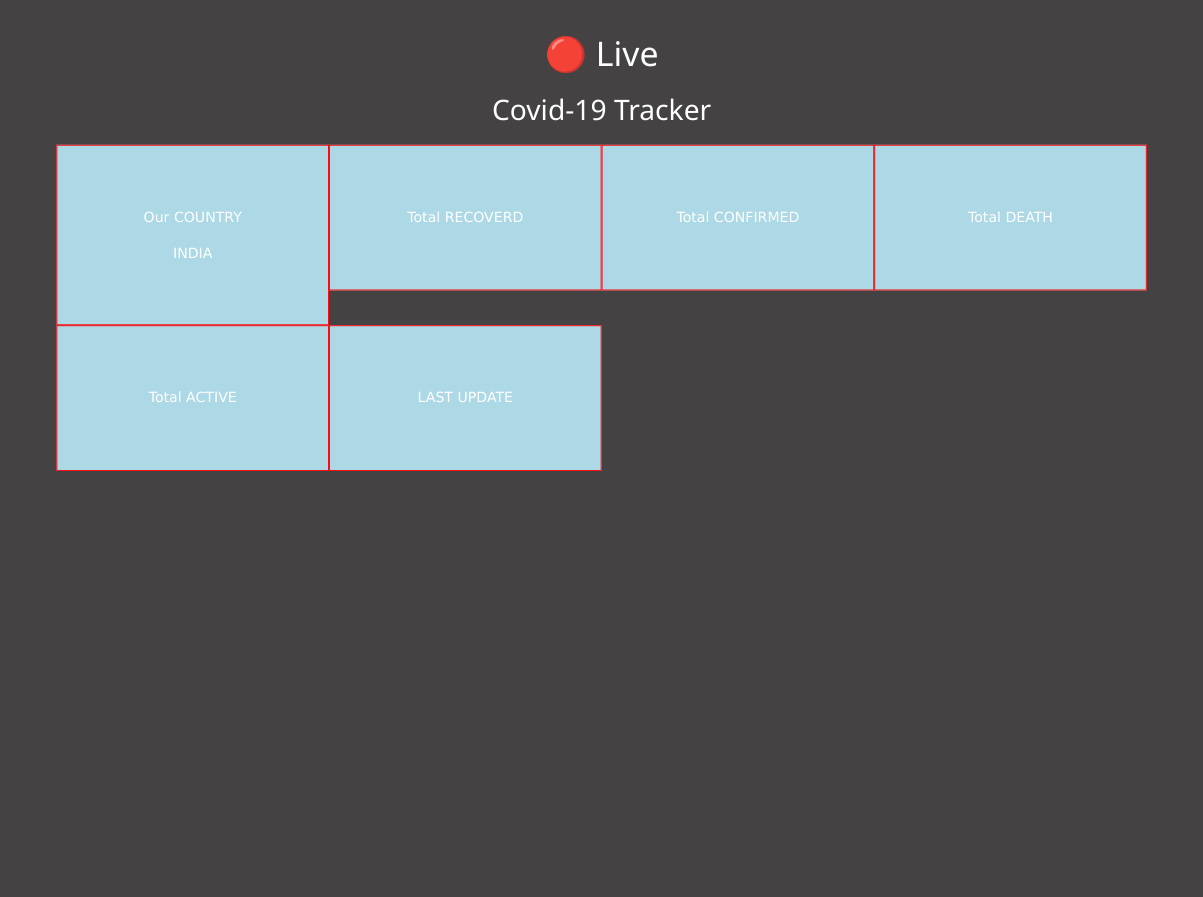
Repository: Aniketlamage/covid19-dashboard
Page: /
These files come from the project's save history. The page is drawn as it stood at one moment and after the next save; the edit follows.
The browser window is 1280 px wide. The pictures show the whole page, at 94% of full size.
The page's requests for data from a server got no answer. The project was rebuilt for these pictures with package versions that can differ from the ones it lists, and the page was loaded fresh each time. No one was signed in, and anything a server would have sent is missing.

Above is the page before, as saved 2021-09-30 15:50:30.

### src/App.js
import React from 'react'
import Covid from './components/covid';
const App = () => {
return(
<>
<Covid />
</>
)
}

export default App;

### src/components/covid.js
import React, { useEffect, useState } from 'react'
import "./covid.css"

const Covid = () => {
    const [data, setData] =  useState([]);
    const getCovidData = async () =>{
        try{
            const res = await fetch('https://data.covid19india.org/data.json')
            const actualData = await res.json();
            console.log(actualData.statewise[0]);
            setData(actualData.statewise[0]);
           }
        catch(err){console.log(err);}
    }

    useEffect(() => {
        getCovidData ();
    }, []);
return(

<>
<section>
<link rel="stylesheet" href="https://www.w3schools.com/w3css/4/w3.css"></link>
<div class="w3-animate-zoom">
    <h1>🔴 Live </h1>
    <h2>Covid-19 Tracker</h2>
</div>


<ul>
    <li className = "card">
        <div className ="card__main">
            <div className ="card__inner">
                <p className="card__name"><span> Our </span> COUNTRY </p>
                <p classname="card__total card__small">INDIA</p>
            </div>
        </div>
    </li>
    <li className = "card">
        <div className ="card__main">
            <div className ="card__inner">
                <p className="card__name"><span> Total </span> RECOVERD </p>
                <p classname="card__total card__small">{data.recovered}</p>
            </div>
        </div>
    </li><li className = "card">
        <div className ="card__main">
            <div className ="card__inner">
                <p className="card__name"><span> Total </span> CONFIRMED </p>
                <p classname="card__total card__small">{data.confirmed}</p>
            </div>
        </div>
    </li><li className = "card">
        <div className ="card__main">
            <div className ="card__inner">
                <p className="card__name"><span> Total </span> DEATH </p>
                <p classname="card__total card__small">{data.deaths}</p>
            </div>
        </div>
    </li><li className = "card">
        <div className ="card__main">
            <div className ="card__inner">
                <p className="card__name"><span> Total </span> ACTIVE </p>
                <p classname="card__total card__small">{data.active}</p>
            </div>
        </div>
    </li><li className = "card">
        <div className ="card__main">
            <div className ="card__inner">
                <p className="card__name"><span> LAST </span> UPDATE </p>
                <p classname="card__total card__small">{ data.lastupdatedtime}</p>
            </div>
        </div>
    </li>
</ul>
</section>
</>

)

}
export default Covid;

### src/components/covid.css

/*  Basic Styling */
.main,body {
    background-color: rgb(68, 66, 66);
    padding: 20px;
    text-align: center;
    min-height: 100ch;
    align-items: center;

}

h1, p, h2 {
    color: white;
}

ul{
    list-style-type:none;
    display: flex;
    flex-wrap: wrap;
}
div.card__main {
    background-color: lightblue;
    width: 290px;
    padding: 50px;
    border: 1px solid red;
    margin: 0;
    align-items: center;
  }
.card_main {
    height: 150px;
    width: 400px;
    margin: 25px;
    align-items: center;
    background-color: lightblue;
}

.card_name{
    font-size: 25px;
    font-weight: bold;
}

.card_name span {
    font-size: 15px;
}

.card_total {
    font-size: 20px;
    font-weight: bold;

}
.card__small {
    font-size: 80px;
}
@media (max-width: 500px)
{
    .card_total{font-size: 70px;}
}
@media (max-width: 500px)
{
    .card{
        width: 100%;
        height: 290px;
        margin-right: 0;
        float: none;
    }
    .card .card__inner,
    .card .card__back{
        height: 290px;
    }
}

.card {
    transition: transform .3s;
  }

  .card :hover {
    transition: transform .3s;
    -ms-transform: scale(1.2);
    -webkit-transform: scale(1.2);
    transform: scale(1.2);
  }

Loaded but not shown: public/index.html (common file); src/index.js (common file); src/index.css (common file); src/reportWebVitals.js (common file)

After the next save:
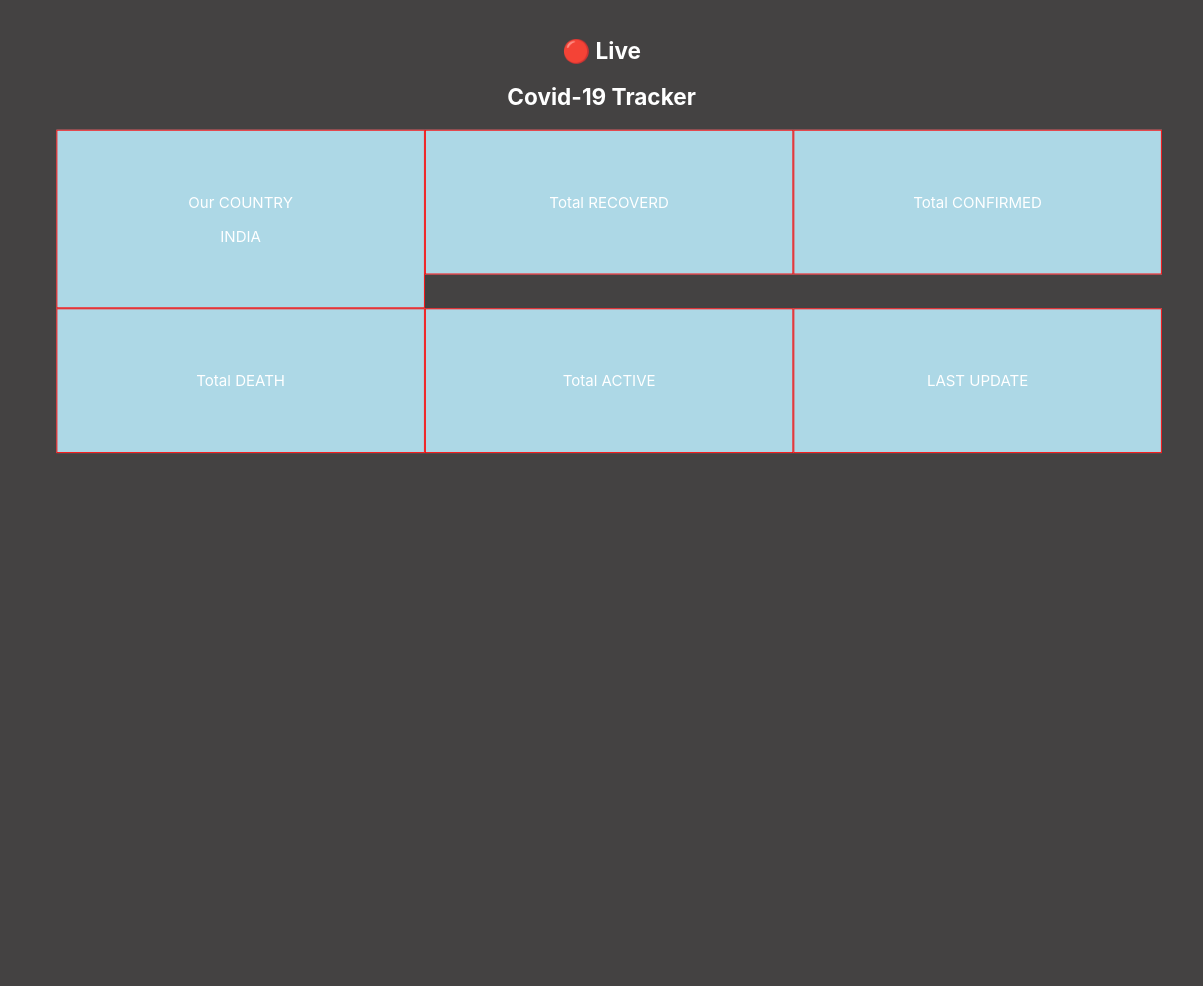
Saved 13 s later.
--- a/src/components/covid.js
+++ b/src/components/covid.js
@@ -20,11 +20,9 @@ return(
 
 <>
 <section>
-<link rel="stylesheet" href="https://www.w3schools.com/w3css/4/w3.css"></link>
-<div class="w3-animate-zoom">
+
     <h1>🔴 Live </h1>
     <h2>Covid-19 Tracker</h2>
-</div>
 
 
 <ul>
